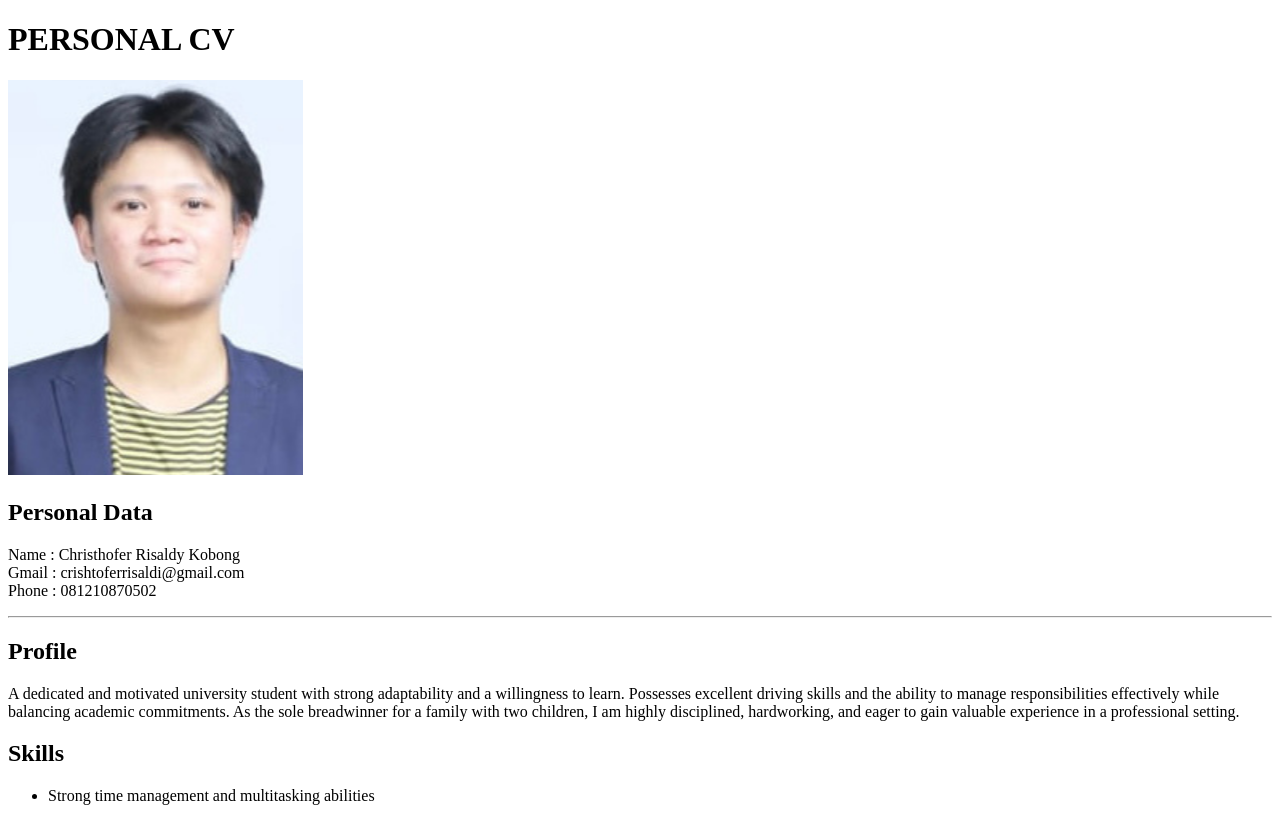
Repository: ChristhoferRisaldy/CVWeb
Page: web.html
These files come from the project's save history. The page is drawn as it stood at one moment and after the next save; the edit follows.
The browser window is 1280 px wide. The pictures show the whole page.

Above is the page before, as saved 2025-02-21 21:13:45.

After the next save:
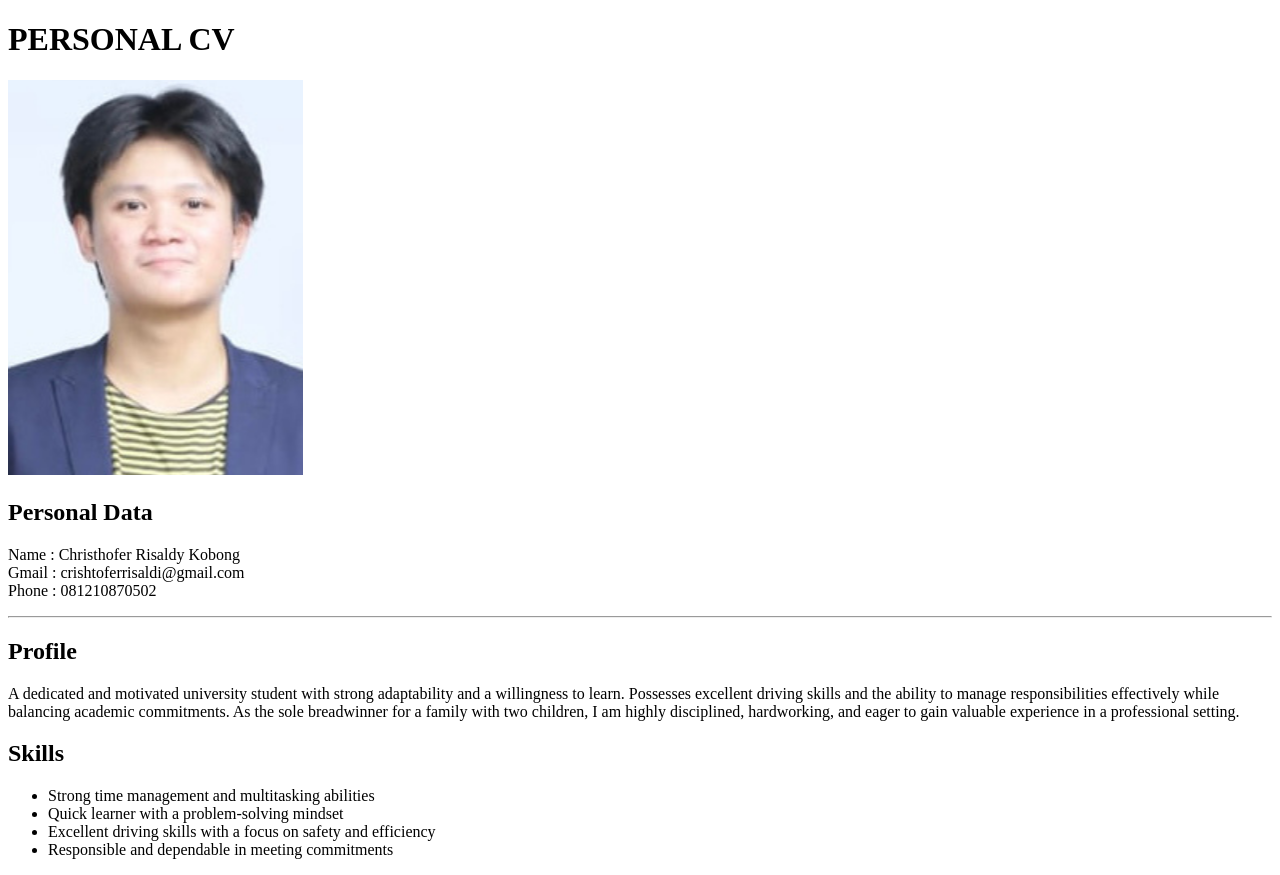
Saved 53 s later.
--- a/web.html
+++ b/web.html
@@ -22,5 +22,8 @@
         <h2>Skills</h2>
         <ul>
             <li>Strong time management and multitasking abilities</li>
+            <li>Quick learner with a problem-solving mindset</li>
+            <li>Excellent driving skills with a focus on safety and efficiency</li>
+            <li>Responsible and dependable in meeting commitments</li>
         </ul>
 </html>
